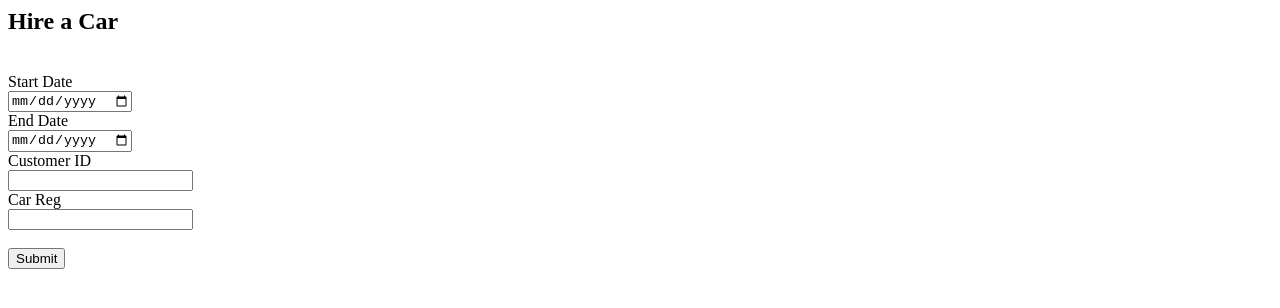
Repository: BrianD147/4th-Year-Project-Distributed-Systems
Page: http://localhost/REST/newOrder.jsp
The author's editor kept a copy of each file at every save. The page is drawn from the files as they stood at one save, then again after the next save.
The browser window is 1280 px wide. The pictures show the whole page.
The page is served by Tomcat 9. Other server files are loaded and not shown.

Above is the page before, as saved 2018-12-09 17:38:18.

### REST/src/main/webapp/newOrder.jsp
<html>
<body>
    <h2>Hire a Car</h2>
    <form action="webapi/myresource/write" method="post">
    	<br/> Start Date <br/>
    	<input type="date" name="startDate">
    	<br/> End Date <br/>
	    <input type="date" name="endDate">
	    <br/> Customer ID <br/>
	    <input type="number" name="custID">
	    <br/> Car Reg <br/>
	    <input type="text" name="carReg">
	    <br/><br/>
	    <input type="submit" value="Submit">
    </form>
</body>
</html>

After the next save:
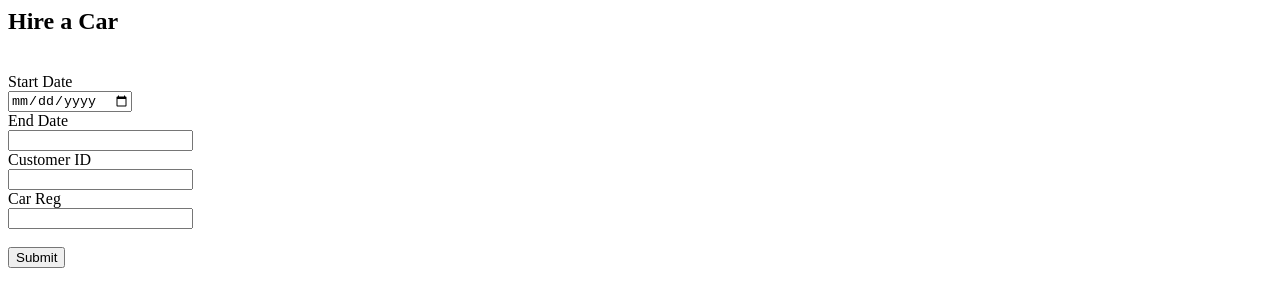
Saved 6 s later.
--- a/REST/src/main/webapp/newOrder.jsp
+++ b/REST/src/main/webapp/newOrder.jsp
@@ -5,7 +5,7 @@
     	<br/> Start Date <br/>
     	<input type="date" name="startDate">
     	<br/> End Date <br/>
-	    <input type="date" name="endDate">
+	    <input type="text" name="endDate">
 	    <br/> Customer ID <br/>
 	    <input type="number" name="custID">
 	    <br/> Car Reg <br/>
